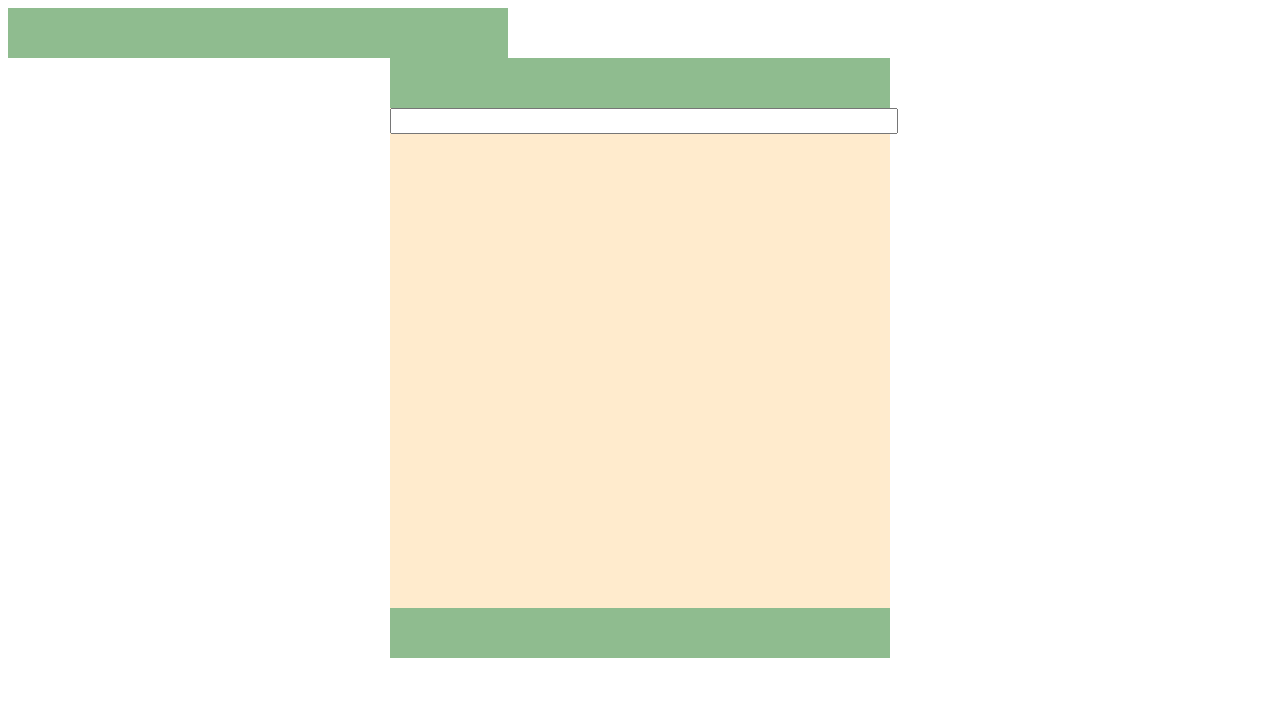
Repository: rumor1993/DreamCoding-Browser101
Page: Chapter05/index.html
These files come from the project's save history. The page is drawn as it stood at one moment and after the next save; the edit follows.
The browser window is 1280 px wide. The pictures show the whole page.

Above is the page before, as saved 2020-12-30 12:09:30.

After the next save:
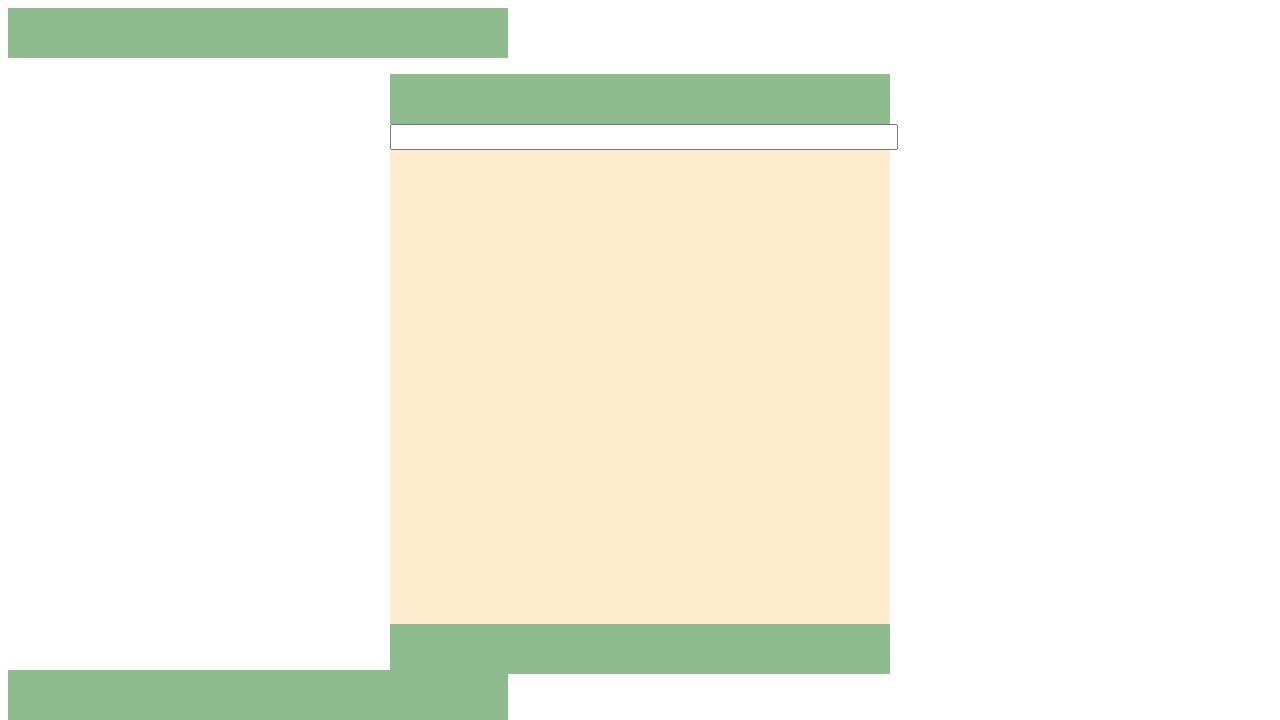
Saved 12 s later.
--- a/Chapter05/index.html
+++ b/Chapter05/index.html
@@ -10,6 +10,8 @@
   <body>
     <section class="list">
       <header class="header"></header>
+      <ul class="items"></ul>
+      <footer class="footer"></footer>
     </section>
 
     <div class="shoopping-list">
